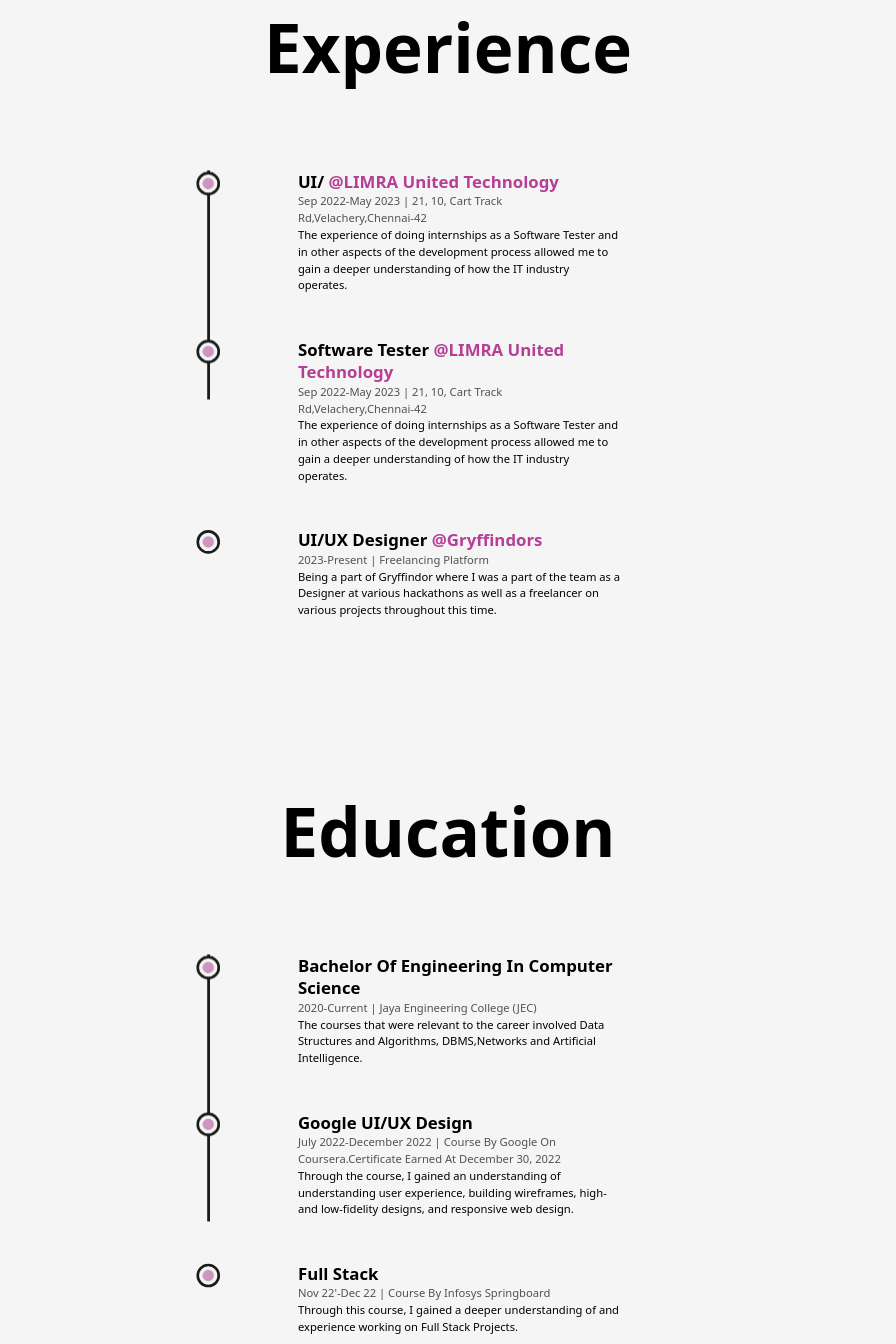
Repository: SMaheshwaran/PP
Page: /about
An editor plug-in stored every save of this project. The page is shown before and after the next save, followed by the edit.
The browser window is 1280 px wide. The pictures show the part of the page from y = 2199 to 4119 px (the page is 5332 px tall before and 5364 px after), at 70% of full size.
The project was rebuilt for these pictures with package versions that can differ from the ones it lists, and the page was loaded fresh each time. The framework's server and built-in components were replaced by stand-ins that run in the browser. Also part of the build but not shown: next.config.js.

Above is the page before, as saved 2023-11-01 14:07:57.

After the next save:
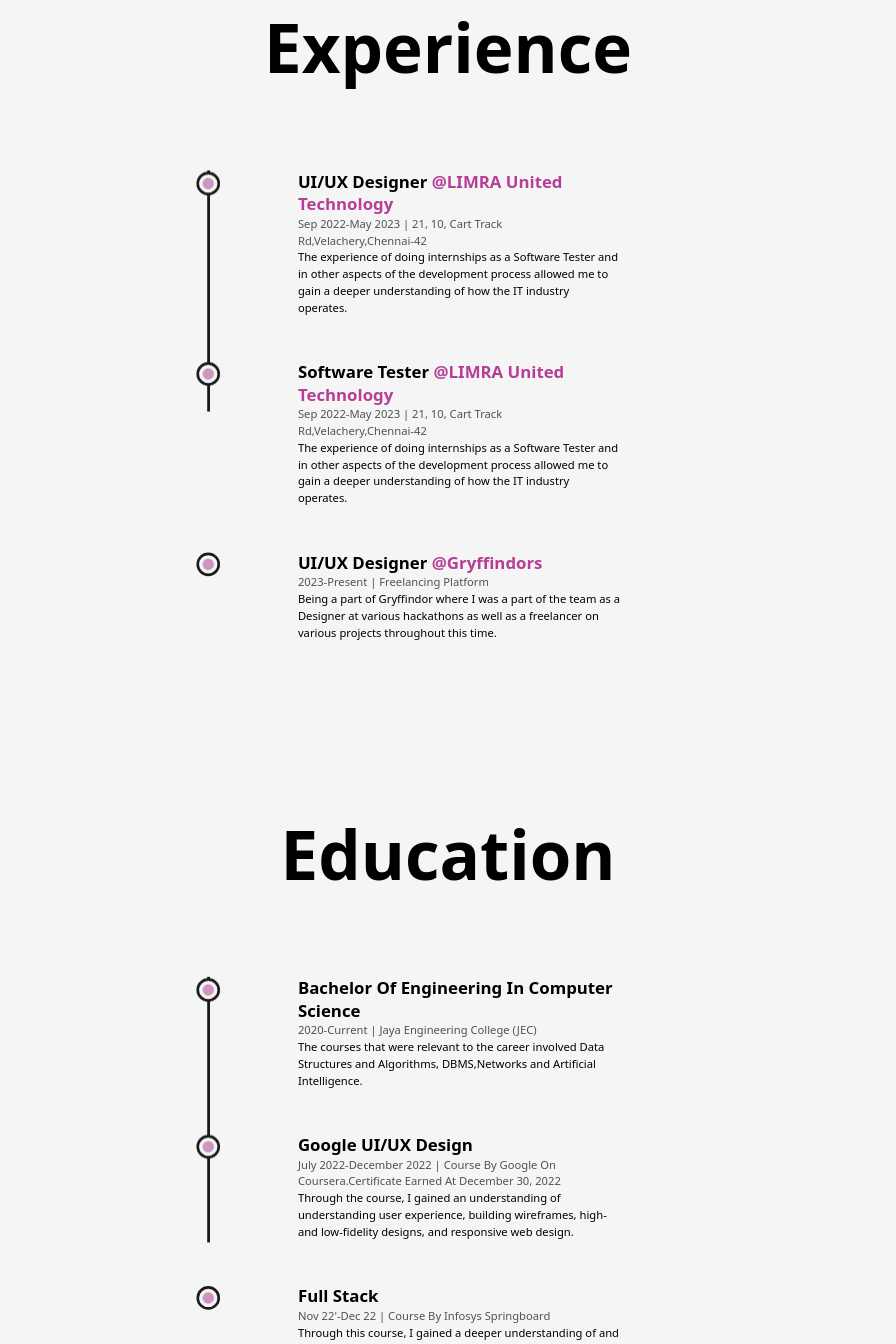
Saved 5 s later.
--- a/src/components/Experience.js
+++ b/src/components/Experience.js
@@ -57,7 +57,7 @@ md:w-[2px] md:left-[35px] xs:left-[33px]
 "/>
         <ul className="flex flex-col items-start justify-between w-full ml-4 xs:ml-5">
         <Details
-            position="UI/"
+            position="UI/UX Designer"
             company="LIMRA United Technology"
             commpanyLink="https://www.linkedin.com/company/limraunited/mycompany/"
             time="Sep 2022-May 2023"
